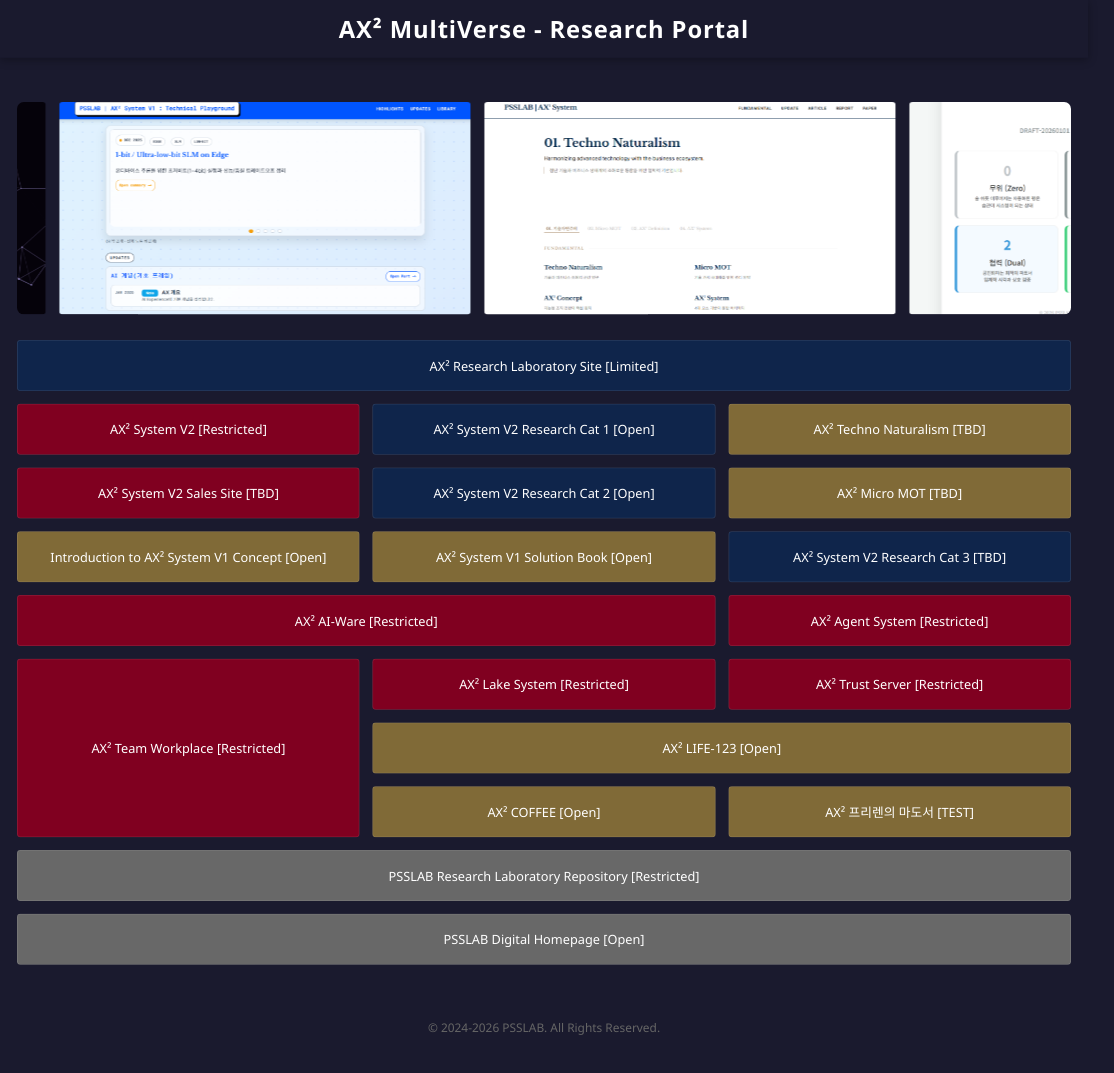
Repository: hycse89/PSSLAB_OpenSite
Page: psslab_multiverse_v3.html
These files come from the project's save history. The page is drawn as it stood at one moment and after the next save; the edit follows.
The browser window is 1280 px wide. The page is 1310 px wide, so the pictures cover 1310 px, including what lies to the right of the window. The pictures show the whole page, at 85% of full size.

Above is the page before, as saved 2026-01-11 21:51:05.

### psslab_multiverse_v3.html
<!DOCTYPE html>
<html lang="en">
<head>
    <meta charset="UTF-8">
    <meta name="viewport" content="width=device-width, initial-scale=1.0">
    <title>PSSLAB MultiVerse Campus - Mondrian Edition</title>

    <link rel="icon" type="image/png" href="favicon.png">

    <style>
        /* General Page Styles */
        body {
            margin: 0;
            background-color: #1a1a2e;
            font-family: 'Segoe UI', Arial, sans-serif;
            display: flex;
            flex-direction: column;
            align-items: center;
            min-height: 100vh;
            color: #ffffff;
        }

        /* Fixed Header */
        .header {
            position: fixed;
            top: 0;
            left: 0;
            width: 100%;
            background-color: #1a1a2e;
            color: #ffffff;
            z-index: 1000;
            padding: 15px 0;
            box-shadow: 0 2px 10px rgba(0,0,0,0.3);
        }

        .header h1 {
            font-size: 28px;
            margin: 0;
            text-align: center;
            letter-spacing: 1px;
        }

        /* Main content container */
        .main-content {
            margin-top: 100px;
            width: 100%;
            max-width: 1400px;
            display: flex;
            flex-direction: column;
            align-items: center;
            padding: 20px;
            box-sizing: border-box;
        }

        /* Image Slider Container */
        .slider-container {
            width: 100%;
            overflow: hidden;
            margin-bottom: 30px;
            border-radius: 8px;
        }

        .slider-wrapper {
            display: flex;
            width: calc(500px * 13);
            animation: scroll 60s linear infinite;
        }

        .slider-image {
            width: 500px;
            height: 250px;
            flex-shrink: 0;
            padding: 0 8px;
            box-sizing: border-box;
        }

        .slider-image img {
            width: 100%;
            height: 100%;
            object-fit: cover;
            border-radius: 4px;
        }

        @keyframes scroll {
            0% { transform: translateX(0); }
            100% { transform: translateX(calc(-500px * 11)); }
        }

        /* --- Mondrian Grid Layout System --- */
        .link-container {
            display: grid;
            /* 최소 너비 350px 확보 */
            grid-template-columns: repeat(auto-fill, minmax(350px, 1fr));
            /* 60px 단위의 눈금 설정 */
            grid-auto-rows: 60px;
            gap: 15px;
            width: 100%;
            /* 빈 공간을 최적으로 메워주는 설정 */
            grid-auto-flow: dense;
        }

        /* Link Button Base Style */
        .link-button {
            display: flex;
            align-items: center;
            justify-content: center;
            padding: 20px;
            font-size: 15px;
            color: white;
            text-decoration: none;
            border-radius: 4px;
            transition: all 0.3s cubic-bezier(0.25, 0.8, 0.25, 1);
            text-align: center;
            box-sizing: border-box;
            line-height: 1.4;
            border: 1px solid rgba(255,255,255,0.1);
        }

        .link-button:hover {
            transform: scale(1.01);
            filter: brightness(1.2);
            box-shadow: 0 5px 15px rgba(0,0,0,0.3);
            z-index: 2;
        }

        /* --- Mondrian Size Classes (Proportional) --- */
        /* 가로 비중 */
        .w-1 { grid-column: span 1; }
        .w-2 { grid-column: span 2; }
        .w-3 { grid-column: span 3; }

        /* 세로 비중 (60px의 배수) */
        .h-1 { grid-row: span 1; } /* 120px + gap */
        .h-2 { grid-row: span 2; } /* 240px + gap */
        .h-3 { grid-row: span 3; } /* 360px + gap */

        /* 특수 크기: 제목 강조형 */
        .size-hero { grid-column: span 2; grid-row: span 4; font-size: 1.2rem; font-weight: bold; }

        /* Button Colors */
        .color-1 { background-color: #0F254B; }
        .color-2 { background-color: #800020; }
        .color-3 { background-color: #806a37; }
        .color-4 { background-color: #2b2b2b; }
        .color-5 { background-color: #686868; }

        footer {
            width: 100%;
            padding: 30px;
            text-align: center;
            background-color: #1a1a2e;
            color: #666;
            font-size: 14px;
        }

        /* Responsive */
        @media (max-width: 768px) {
            .link-container { grid-template-columns: 1fr; }
            .w-2, .h-2, .h-3, .size-hero { grid-column: span 1; grid-row: span 2; }
        }
    </style>
</head>
<body>

    <header class="header">
        <h1>AX² MultiVerse - Research Portal</h1>
    </header>

    <main class="main-content">
        <div class="slider-container">
            <div class="slider-wrapper">
                <div class="slider-image"><img src="./images/Image2.png" alt="2"></div>
                <div class="slider-image"><img src="./images/Image21.png" alt="21"></div>
                <div class="slider-image"><img src="./images/Image22.png" alt="22"></div>
                <div class="slider-image"><img src="./images/Image31.png" alt="31"></div>
                <div class="slider-image"><img src="./images/Image32.png" alt="32"></div>
                <div class="slider-image"><img src="./images/Image11.png" alt="11"></div>
                <div class="slider-image"><img src="./images/Image3.png" alt="3"></div>
                <div class="slider-image"><img src="./images/Image4.png" alt="4"></div>
                <div class="slider-image"><img src="./images/Image5.png" alt="5"></div>
                <div class="slider-image"><img src="./images/Image1.png" alt="1"></div>
                <div class="slider-image"><img src="./images/Image2.png" alt="2"></div>
            </div>
        </div>

        <div class="link-container">
            <a href="https://hycse89.github.io/PSSLAB_OpenSite/ax2_research_lab/" class="link-button color-1 w-3 h-1">AX² Research Laboratory Site [Limited]</a>

            <a href="http://localhost:8008" class="link-button color-2 h-1">AX² System V2 [Restricted]</a>
            <a href="ax2_v1_20260101/index.html" class="link-button color-1 h-1">AX² System V2 Research Cat 1 [Open]</a>
            <a href="http://localhost:8001/utils/markdown_viewer.html?file=/ax_research/doc/doc_ax_techno_naturalism_v5.md" class="link-button color-3 h-1">AX² Techno Naturalism [TBD]</a>

            <a href="ax2_sales/index.html" class="link-button color-2 w-1 h-1">AX² System V2 Sales Site [TBD]</a>
            <a href="ax2_v2_20260101/index.html" class="link-button color-1 h-1">AX² System V2 Research Cat 2 [Open]</a>
            <a href="http://localhost:8001/utils/markdown_viewer.html?file=/ax_research/doc/doc_ax_micro_mot_v2.md" class="link-button color-3 h-1">AX² Micro MOT [TBD]</a>

            <a href="ax2_v1_concept/ax2_homepage.html" class="link-button color-3 h-1">Introduction to AX² System V1 Concept [Open]</a>

            <a href="ax2_v1_concept/solution_book/index.html" class="link-button color-3 h-1">AX² System V1 Solution Book [Open]</a>

            <a href="ax2_v3_20260101/index.html" class="link-button color-1 h-1">AX² System V2 Research Cat 3 [TBD]</a>

            <a href="http://localhost:8002" class="link-button color-2 w-2 h-1">AX² AI-Ware [Restricted]</a>
            <a href="http://localhost:8003" class="link-button color-2 h-1">AX² Agent System [Restricted]</a>
            <a href="http://localhost:8007" class="link-button color-2 h-3">AX² Team Workplace [Restricted]</a>
            <a href="http://localhost:8004" class="link-button color-2 h-1">AX² Lake System [Restricted]</a>
            <a href="http://localhost:8005" class="link-button color-2 h-1">AX² Trust Server [Restricted]</a>

            <a href="http://localhost:8001/ax_site/ax2_life_123/index.html" class="link-button color-3 w-2 h-1">AX² LIFE-123 [Open]</a>
            <a href="http://localhost:8001/ax_site/ax2_coffee/index.html" class="link-button color-3 h-1">AX² COFFEE [Open]</a>
            <a href="http://localhost:8001/ax_site/ax2_frieren/index.html" class="link-button color-3 h-1">AX² 프리렌의 마도서 [TEST]</a>

            <a href="https://github.com/hycse89" class="link-button color-5 w-3 h-1">PSSLAB Research Laboratory Repository [Restricted]</a>
            <a href="http://www.psslab.co.kr" class="link-button color-5 w-3 h-1">PSSLAB Digital Homepage [Open]</a>
        </div>
    </main>

    <footer>
        <p>&copy; 2024-2026 PSSLAB. All Rights Reserved.</p>
    </footer>

</body>
</html>

After the next save:
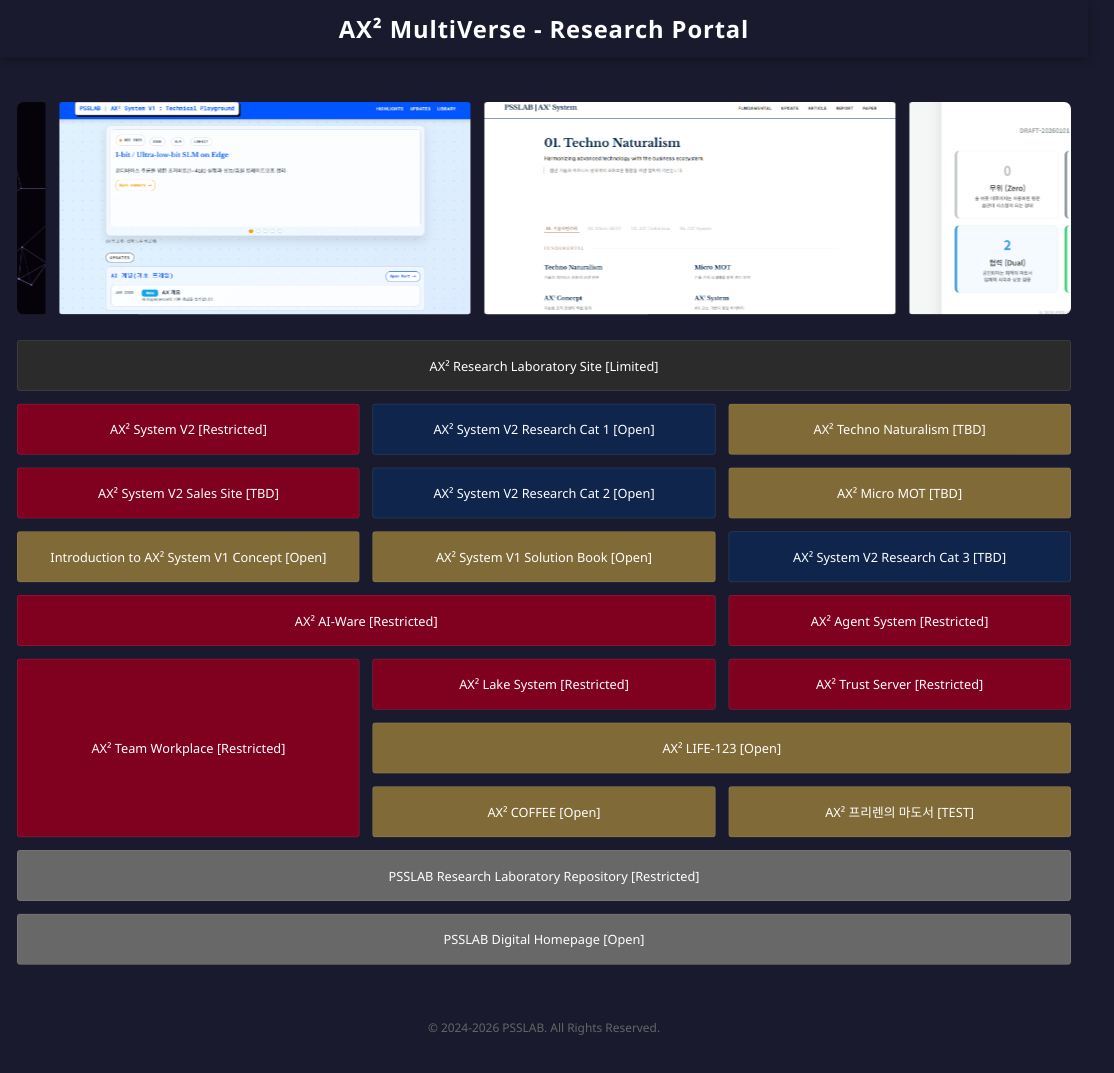
Saved 22 s later.
--- a/psslab_multiverse_v3.html
+++ b/psslab_multiverse_v3.html
@@ -184,7 +184,7 @@
         </div>
 
         <div class="link-container">
-            <a href="https://hycse89.github.io/PSSLAB_OpenSite/ax2_research_lab/" class="link-button color-1 w-3 h-1">AX² Research Laboratory Site [Limited]</a>
+            <a href="https://hycse89.github.io/PSSLAB_OpenSite/ax2_research_lab/" class="link-button color-4 w-3 h-1">AX² Research Laboratory Site [Limited]</a>
 
             <a href="http://localhost:8008" class="link-button color-2 h-1">AX² System V2 [Restricted]</a>
             <a href="ax2_v1_20260101/index.html" class="link-button color-1 h-1">AX² System V2 Research Cat 1 [Open]</a>
